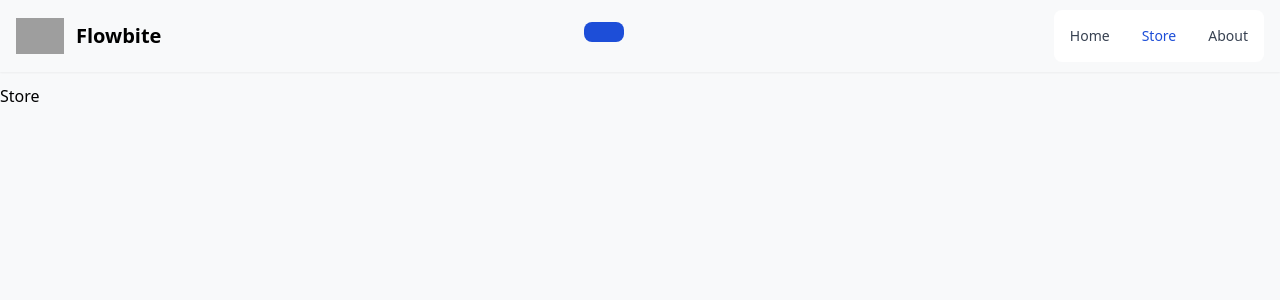
Repository: ducanhaep/react-ts-shopping-cart
Page: /store
An editor plug-in stored every save of this project. The page is shown before and after the next save, followed by the edit.
The browser window is 1280 px wide. The pictures show the whole page.
Pictures or frames that could not be fetched are drawn as grey boxes. The project was rebuilt for these pictures with package versions that can differ from the ones it lists, and the page was loaded fresh each time. Also part of the build but not shown: vite.config.ts, src/pages/About.js, src/pages/Home.js.

Above is the page before, as saved 2023-01-11 18:07:21.

After the next save:
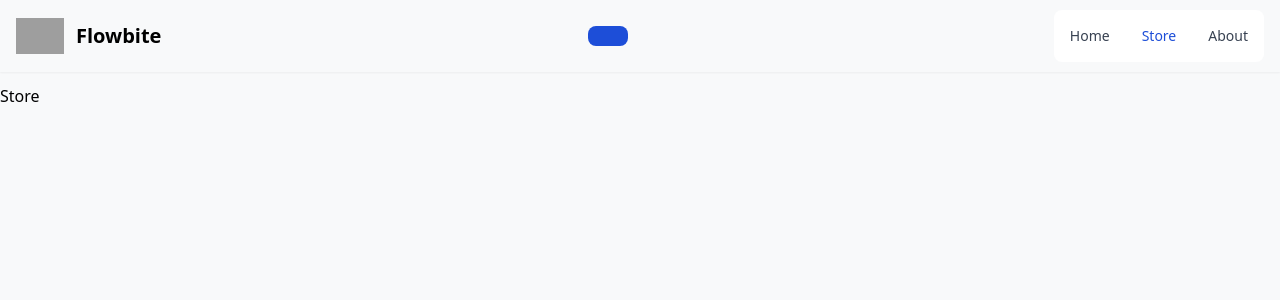
Saved 98 s later.
--- a/src/components/Navbar.tsx
+++ b/src/components/Navbar.tsx
@@ -19,7 +19,7 @@ export function Navbar() {
             data-collapse-toggle="navbar-default"
             type="button"
             // className="inline-flex items-center p-2 ml-3 text-sm text-gray-500 rounded-lg md:hidden hover:bg-gray-100 focus:outline-none focus:ring-2 focus:ring-gray-200 dark:text-gray-400 dark:hover:bg-gray-700 dark:focus:ring-gray-600"
-            className=" text-white bg-blue-700 hover:bg-blue-800 focus:ring-4 focus:ring-blue-300 font-medium rounded-lg text-sm px-5 py-2.5 mr-2 mb-2 dark:bg-blue-600 dark:hover:bg-blue-700 focus:outline-none dark:focus:ring-blue-800"
+            className=" text-white bg-blue-700 hover:bg-blue-800 focus:ring-4 focus:ring-blue-300 font-medium rounded-lg text-sm px-5 py-2.5 dark:bg-blue-600 dark:hover:bg-blue-700 focus:outline-none dark:focus:ring-blue-800"
             aria-controls="navbar-default"
             aria-expanded="false"
           >
